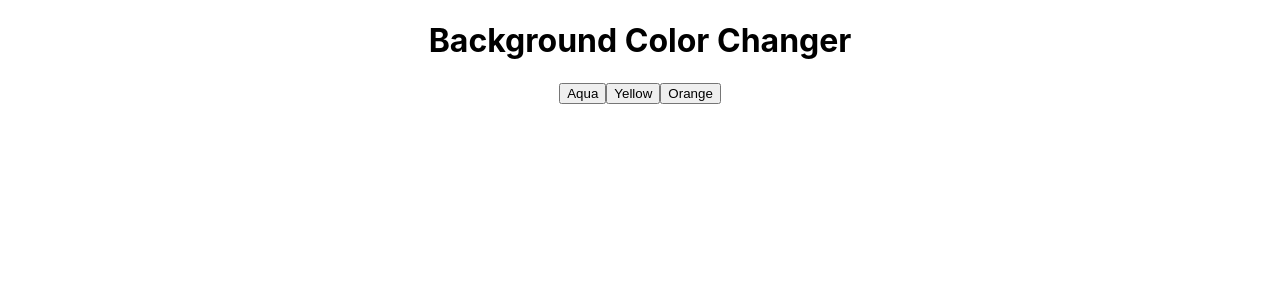
Repository: Jay1161/FSWD
Page: / (app in Week-12/frontend/cookies/)
These files come from the project's save history. The page is drawn as it stood at one moment and after the next save; the edit follows.
The browser window is 1280 px wide. The pictures show the whole page.
The project was rebuilt for these pictures with package versions that can differ from the ones it lists, and the page was loaded fresh each time.

Above is the page before, as saved 2023-09-27 18:50:00.

### Week-12/frontend/cookies/src/index.js
import React from 'react';
import ReactDOM from 'react-dom/client';
import './index.css';
import reportWebVitals from './reportWebVitals';
//import App from './App';
import Cookies from './cookies';

const root = ReactDOM.createRoot(document.getElementById('root'));
root.render(
  <React.StrictMode>
    <Cookies />
  </React.StrictMode>
);

// If you want to start measuring performance in your app, pass a function
// to log results (for example: reportWebVitals(console.log))
// or send to an analytics endpoint. Learn more: https://bit.ly/CRA-vitals
reportWebVitals();

### Week-12/frontend/cookies/src/cookies.jsx
import React, { useState, useEffect } from 'react';
import './App.css';

function Cookies() {
  const [backgroundColor, setBackgroundColor] = useState('');

  useEffect(() => {
    // Retrieve the backgroundColor cookie when the component mounts
    const savedBackgroundColor = getCookie('backgroundColor');
    if (savedBackgroundColor) {
      setBackgroundColor(savedBackgroundColor);
    }
  }, []);

  // Function to set the backgroundColor cookie on button click
  const setCookieAndBackgroundColor = (color) => {
    document.body.style.backgroundColor = color;
    document.cookie = `backgroundColor=${color}`;
    setBackgroundColor(color);
  };

  // Function to retrieve a cookie by name
  const getCookie = (name) => {
    const cookies = document.cookie.split(';');
    for (const cookie of cookies) {
      const [cookieName, cookieValue] = cookie.trim().split('=');
      if (cookieName === name) {
        return cookieValue;
      }
    }
    return null;
  };

  return (
    <div className="App">
      <h1>Background Color Changer</h1>
      <button onClick={() => setCookieAndBackgroundColor('#84FFFF')}>Aqua</button>
      <button onClick={() => setCookieAndBackgroundColor('#F4FF81')}>Yellow</button>
      <button onClick={() => setCookieAndBackgroundColor('#EF6C00')}>Orange</button>
    </div>
  );
}

export default Cookies;

Loaded but not shown: Week-12/frontend/cookies/public/index.html (common file); Week-12/frontend/cookies/src/index.css (common file); Week-12/frontend/cookies/src/reportWebVitals.js (common file); Week-12/frontend/cookies/src/App.css (common file)

After the next save:
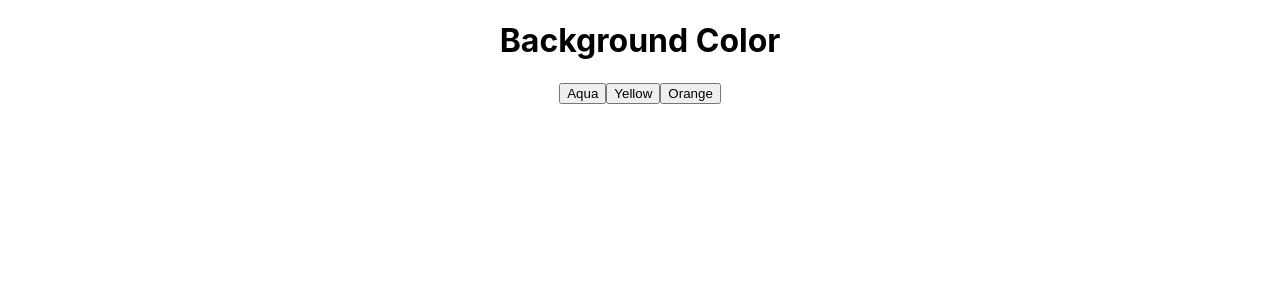
Saved 2 min 21 s later.
--- a/Week-12/frontend/cookies/src/cookies.jsx
+++ b/Week-12/frontend/cookies/src/cookies.jsx
@@ -33,7 +33,7 @@ function Cookies() {
 
   return (
     <div className="App">
-      <h1>Background Color Changer</h1>
+      <h1>Background Color</h1>
       <button onClick={() => setCookieAndBackgroundColor('#84FFFF')}>Aqua</button>
       <button onClick={() => setCookieAndBackgroundColor('#F4FF81')}>Yellow</button>
       <button onClick={() => setCookieAndBackgroundColor('#EF6C00')}>Orange</button>
